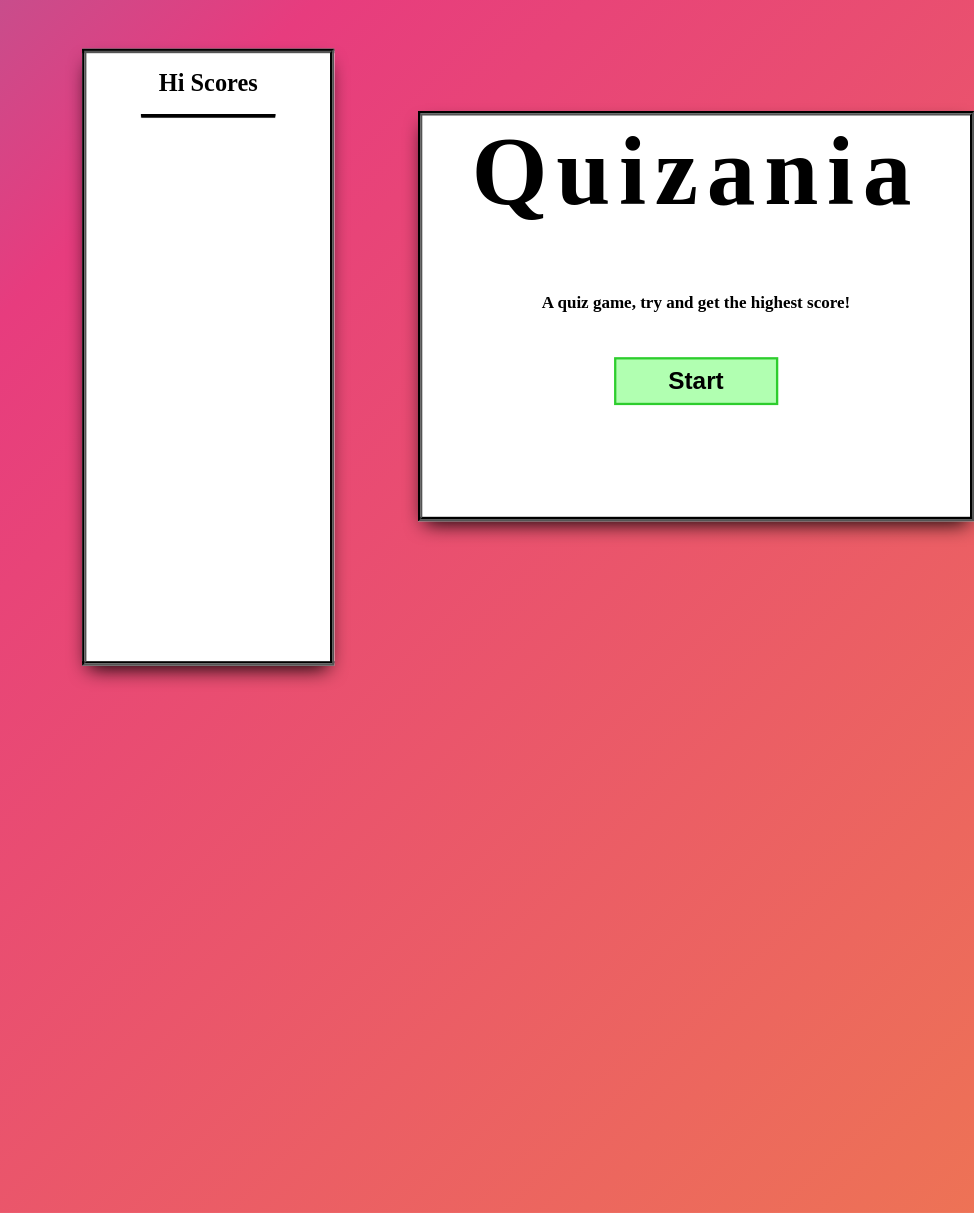
Repository: PatrickTheCodeGuy/QuizApp
Page: / (app in quizapp/)
The author's editor kept a copy of each file at every save. The page is drawn from the files as they stood at one save, then again after the next save.
The browser window is 1280 px wide. The page is 1282 px wide, so the pictures cover 1282 px, including what lies to the right of the window. The pictures show the whole page, at 76% of full size.
The pointer rests on the first visible `.button-start`.
The project was rebuilt for these pictures with package versions that can differ from the ones it lists, and the page was loaded fresh each time.

Above is the page before, as saved 2021-07-08 15:09:26.

After the next save:
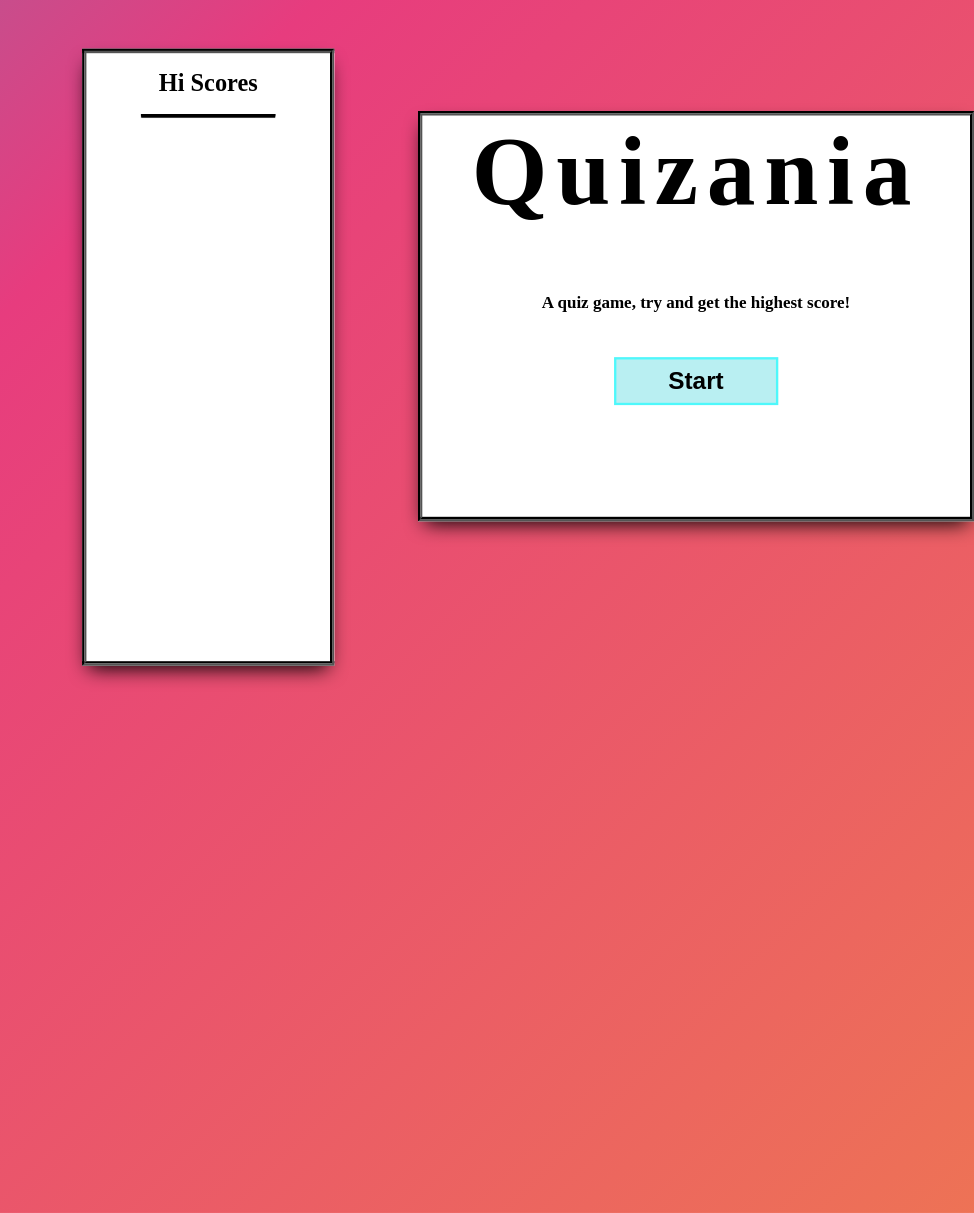
Saved 47 s later.
--- a/quizapp/src/components/StartMenu/StartMenu.css
+++ b/quizapp/src/components/StartMenu/StartMenu.css
@@ -24,9 +24,9 @@
 }
 
 .button-start:hover{
-    background: rgba(4, 255, 4, 0.311);
+    background: rgba(30, 204, 213, 0.311);
     color: black;
-    border: 3px solid rgba(0, 188, 0, 0.743);
+    border: 3px solid rgba(41, 251, 255, 0.743);
 }
 
 .button-start:active {
